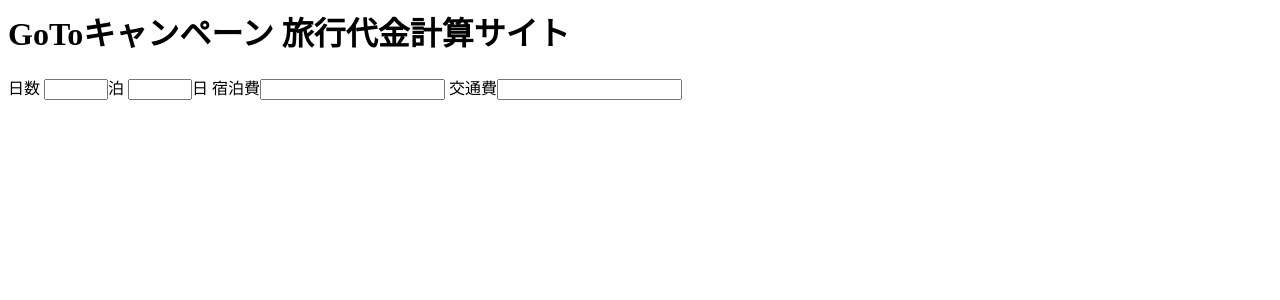
Repository: Ischca/ischca.github.io
Page: src/my-app.html
These files come from the project's save history. The page is drawn as it stood at one moment and after the next save; the edit follows.
The browser window is 1280 px wide. The pictures show the whole page.

Above is the page before, as saved 2020-10-02 13:39:53.

After the next save:
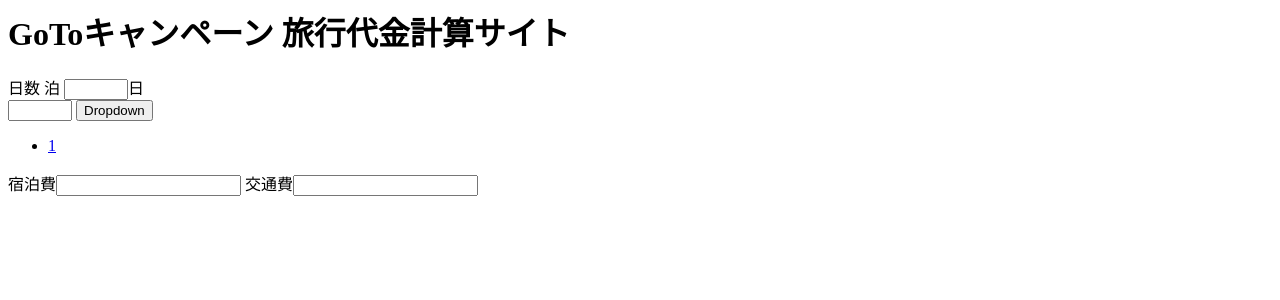
Saved 9 min 20 s later.
--- a/src/my-app.html
+++ b/src/my-app.html
@@ -1,8 +1,16 @@
 <h1>GoToキャンペーン 旅行代金計算サイト</h1>
 
 日数
-<input type="number" min="1" max="100">泊
+泊
 <input type="number" min="1" max="100">日
+
+<div class="input-group mb-3">
+    <input type="number" class="form-control" min="1" max="100">
+    <button class="btn btn-outline-secondary dropdown-toggle" type="button" data-toggle="dropdown" aria-expanded="false">Dropdown</button>
+    <ul class="dropdown-menu dropdown-menu-right">
+      <li><a class="dropdown-item" href="#">1</a></li>
+    </ul>
+  </div>
 
 宿泊費<input type="number"/>
 
